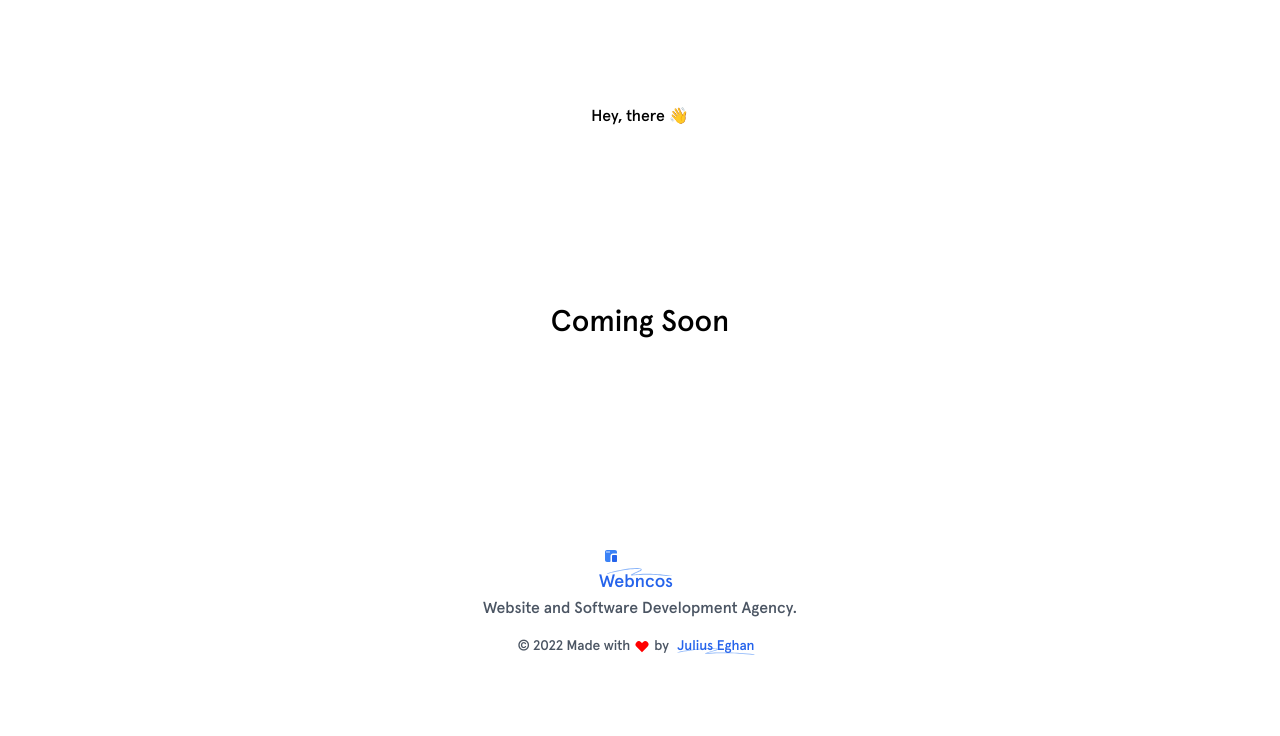
Repository: 1realjulius/webncos
Page: /
These files come from the project's save history. The page is drawn as it stood at one moment and after the next save; the edit follows.
The browser window is 1280 px wide. The pictures show the whole page.
The project was rebuilt for these pictures with package versions that can differ from the ones it lists, and the page was loaded fresh each time. The framework's server and built-in components were replaced by stand-ins that run in the browser. Also part of the build but not shown: next.config.js.

Above is the page before, as saved 2022-08-13 17:17:16.

### pages/index.tsx
import type { NextPage } from 'next'
import Head from 'next/head'
import Image from 'next/image'
import ComingSoon from '../components/ComingSoon'

const Home: NextPage = () => {
  return (
    <div className="flex min-h-screen flex-col items-center justify-center py-2 font-ApercuMedium">
      <Head>
      <title>Webncos</title>
        <meta name="description" content="Website and Software Development Agency." />
        <meta property="og:type" content="website"/>
        <meta property="og:url" content="https://www.webncos.com/"/>
        <meta property="og:title" content="Webncos — Website and Software Development Agency."/>
        <meta property="og:description" content="Website and Software Development Agency."/>
        {/* <meta property="og:image" content="/Assets/newmemoji.svg"/> */}
        {/* <meta property="twitter:card" content="/Assets/Julius_Eghan.jpg"/> */}
        <meta property="twitter:url" content="https://www.webncos.com/"/>
        <meta property="twitter:title" content="Webncos — Website and Software Development Agency."/>
        <meta property="twitter:description" content="Website and Software Development Agency."/>
        {/* <meta property="twitter:image" content="/Assets/Julius_Eghan.jpg"/> */}
        <link rel="icon" href="/favicon.ico" />
        {/* <meta name="google-site-verification" content="0HesePHVymRqGiL70HUKPIq0Zsap0uUIb_Ci0DpImRY" /> */}
        <meta name="theme-color" content="#f7f2f2"   media="(prefers-color-scheme: light)"/>
        <meta name="theme-color" content="#090c10"   media="(prefers-color-scheme: dark)"/>
      </Head>
      <ComingSoon/>

    </div>
  )
}

export default Home

### styles/globals.css
@tailwind base;
@tailwind components;
@tailwind utilities;

@layer base{
      @font-face{
        font-family: 'ApercuBold';
        src: url("/Fonts/ApercuPro-Bold.woff") format("woff"),url("/Fonts/ApercuPro-Bold.woff2") format("woff2");
      }
      @font-face{
        font-family: 'ApercuMedium';
        src: url("/Fonts/ApercuPro-Medium.woff") format("woff"),url("/Fonts/ApercuPro-Medium.woff2") format("woff2");
      }
    }

### components/ComingSoon.tsx
import Link from "next/link";
import React from "react";

const ComingSoon = () => {
  return (
    <div className="min-h-screen flex flex-col items-center justify-between md:p-8 p-6">
      <div className="flex flex-col items-center justify-center pt-16">
        <h1 className="">Hey, there 👋</h1>
      </div>
      <div className="flex flex-col items-center justify-center">
        <h1 className="text-3xl leading-none">Coming Soon</h1>
      </div>
      <div className="flex flex-col items-center justify-center mb-6">
        <div>
          <h1 className="text-lg">
            <span className="relative whitespace-nowrap text-blue-600 cursor-pointer mx-2">
              <svg
                aria-hidden="true"
                viewBox="0 0 418 42"
                className="absolute top-2/3 left-0 h-[0.48em] w-full fill-blue-500/60"
                preserveAspectRatio="none"
              >
                <path d="M203.371.916c-26.013-2.078-76.686 1.963-124.73 9.946L67.3 12.749C35.421 18.062 18.2 21.766 6.004 25.934 1.244 27.561.828 27.778.874 28.61c.07 1.214.828 1.121 9.595-1.176 9.072-2.377 17.15-3.92 39.246-7.496C123.565 7.986 157.869 4.492 195.942 5.046c7.461.108 19.25 1.696 19.17 2.582-.107 1.183-7.874 4.31-25.75 10.366-21.992 7.45-35.43 12.534-36.701 13.884-2.173 2.308-.202 4.407 4.442 4.734 2.654.187 3.263.157 15.593-.78 35.401-2.686 57.944-3.488 88.365-3.143 46.327.526 75.721 2.23 130.788 7.584 19.787 1.924 20.814 1.98 24.557 1.332l.066-.011c1.201-.203 1.53-1.825.399-2.335-2.911-1.31-4.893-1.604-22.048-3.261-57.509-5.556-87.871-7.36-132.059-7.842-23.239-.254-33.617-.116-50.627.674-11.629.54-42.371 2.494-46.696 2.967-2.359.259 8.133-3.625 26.504-9.81 23.239-7.825 27.934-10.149 28.304-14.005.417-4.348-3.529-6-16.878-7.066Z"></path>
              </svg>
              <span>
                <svg className="h-6 w-6" viewBox="0 0 24 24" fill="none">
                  <path
                    fill-rule="evenodd"
                    clip-rule="evenodd"
                    d="M8 6C6.89543 6 6 6.89543 6 8V16C6 17.1046 6.89543 18 8 18H10.5C11.0523 18 11.5 17.5523 11.5 17V12C11.5 10.6193 12.6193 9.5 14 9.5H18V8C18 6.89543 17.1046 6 16 6H8ZM7.25 8C7.25 7.58579 7.58579 7.25 8 7.25H8.01C8.42421 7.25 8.76 7.58579 8.76 8C8.76 8.41421 8.42421 8.75 8.01 8.75H8C7.58579 8.75 7.25 8.41421 7.25 8ZM10 7.25C9.58579 7.25 9.25 7.58579 9.25 8C9.25 8.41421 9.58579 8.75 10 8.75H10.01C10.4242 8.75 10.76 8.41421 10.76 8C10.76 7.58579 10.4242 7.25 10.01 7.25H10Z"
                    fill="#E879F9"
                    className="fill-blue-500  dark:fill-slate-300"
                  ></path>
                  <path
                    d="M13 12C13 11.4477 13.4477 11 14 11H17C17.5523 11 18 11.4477 18 12V17C18 17.5523 17.5523 18 17 18H14C13.4477 18 13 17.5523 13 17V12Z"
                    fill="#F0ABFC"
                    className="fill-blue-600 dark:fill-slate-400"
                  ></path>
                </svg>
              </span>
              <span className="relative">Webncos</span>
            </span>
          </h1>
        </div>
        <div>
          <p className="text-gray-600">
            Website and Software Development Agency.
          </p>
        </div>
        <div>
          <p className="flex flex-row text-sm my-4 text-gray-600">
            <span className="flex flex-row items-center">
              <span>© 2022 Made with </span>
              <span>
                <svg
                  xmlns="http://www.w3.org/2000/svg"
                  className="h-4 w-4 mx-1"
                  viewBox="0 0 20 20"
                  fill="red"
                >
                  <path
                    fill-rule="evenodd"
                    d="M3.172 5.172a4 4 0 015.656 0L10 6.343l1.172-1.171a4 4 0 115.656 5.656L10 17.657l-6.828-6.829a4 4 0 010-5.656z"
                    clip-rule="evenodd"
                  />
                </svg>
              </span>{" "}
              by
            </span>
            <Link href="https://www.iamjulius.com/">
              <span className="relative whitespace-nowrap text-blue-600 cursor-pointer mx-2">
                <svg
                  aria-hidden="true"
                  viewBox="0 0 418 42"
                  className="absolute top-2/3 left-0 h-[0.48em] w-full fill-blue-500/60"
                  preserveAspectRatio="none"
                >
                  <path d="M203.371.916c-26.013-2.078-76.686 1.963-124.73 9.946L67.3 12.749C35.421 18.062 18.2 21.766 6.004 25.934 1.244 27.561.828 27.778.874 28.61c.07 1.214.828 1.121 9.595-1.176 9.072-2.377 17.15-3.92 39.246-7.496C123.565 7.986 157.869 4.492 195.942 5.046c7.461.108 19.25 1.696 19.17 2.582-.107 1.183-7.874 4.31-25.75 10.366-21.992 7.45-35.43 12.534-36.701 13.884-2.173 2.308-.202 4.407 4.442 4.734 2.654.187 3.263.157 15.593-.78 35.401-2.686 57.944-3.488 88.365-3.143 46.327.526 75.721 2.23 130.788 7.584 19.787 1.924 20.814 1.98 24.557 1.332l.066-.011c1.201-.203 1.53-1.825.399-2.335-2.911-1.31-4.893-1.604-22.048-3.261-57.509-5.556-87.871-7.36-132.059-7.842-23.239-.254-33.617-.116-50.627.674-11.629.54-42.371 2.494-46.696 2.967-2.359.259 8.133-3.625 26.504-9.81 23.239-7.825 27.934-10.149 28.304-14.005.417-4.348-3.529-6-16.878-7.066Z"></path>
                </svg>
                <span className="relative">Julius Eghan</span>
              </span>
            </Link>
          </p>
        </div>
      </div>
    </div>
  );
};

export default ComingSoon;

### tailwind.config.js
/** @type {import('tailwindcss').Config} */
module.exports = {
  content: [
    './pages/**/*.{js,ts,jsx,tsx}',
    './components/**/*.{js,ts,jsx,tsx}',
  ],
  theme: {
    extend: {
      fontFamily: {
        ApercuBold: 'ApercuBold, sans',
        ApercuMedium: 'ApercuMedium, sans',
      },
    },
  },
  plugins: [],
}

Loaded but not shown: pages/_app.tsx (common file)

After the next save:
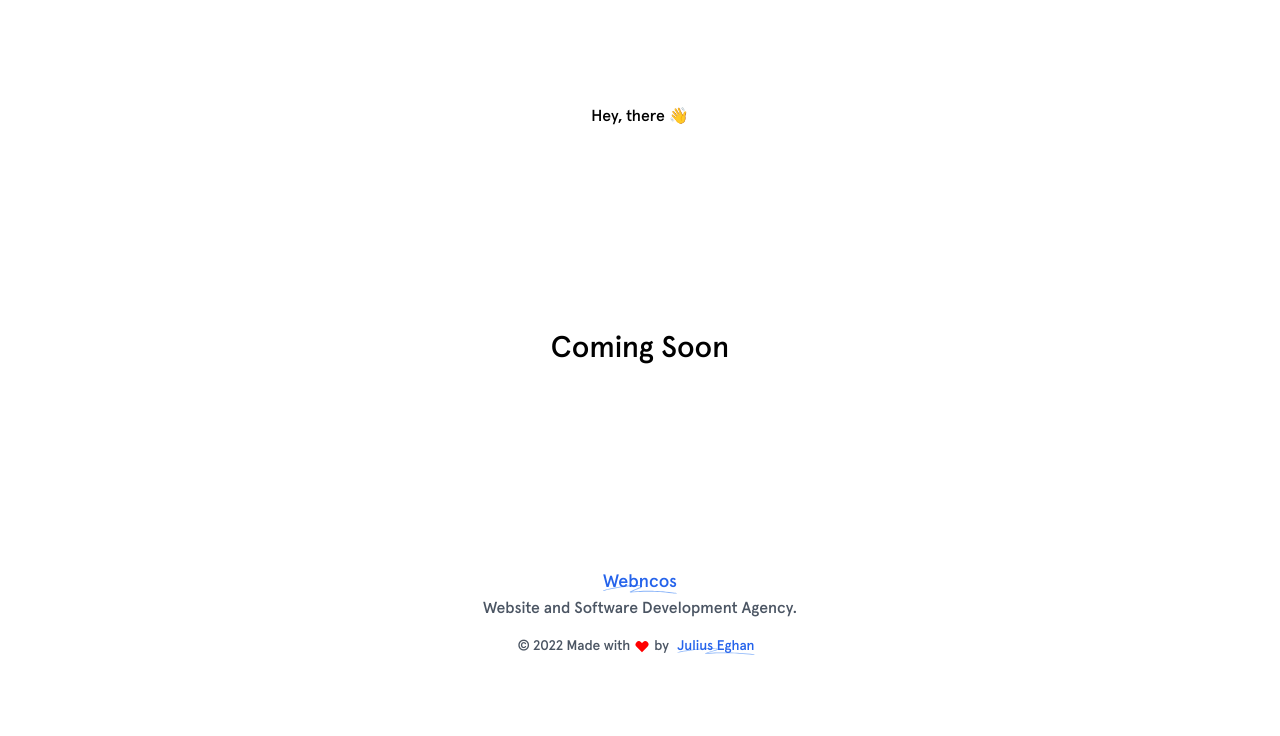
Saved 43 s later.
--- a/components/ComingSoon.tsx
+++ b/components/ComingSoon.tsx
@@ -22,22 +22,6 @@ const ComingSoon = () => {
               >
                 <path d="M203.371.916c-26.013-2.078-76.686 1.963-124.73 9.946L67.3 12.749C35.421 18.062 18.2 21.766 6.004 25.934 1.244 27.561.828 27.778.874 28.61c.07 1.214.828 1.121 9.595-1.176 9.072-2.377 17.15-3.92 39.246-7.496C123.565 7.986 157.869 4.492 195.942 5.046c7.461.108 19.25 1.696 19.17 2.582-.107 1.183-7.874 4.31-25.75 10.366-21.992 7.45-35.43 12.534-36.701 13.884-2.173 2.308-.202 4.407 4.442 4.734 2.654.187 3.263.157 15.593-.78 35.401-2.686 57.944-3.488 88.365-3.143 46.327.526 75.721 2.23 130.788 7.584 19.787 1.924 20.814 1.98 24.557 1.332l.066-.011c1.201-.203 1.53-1.825.399-2.335-2.911-1.31-4.893-1.604-22.048-3.261-57.509-5.556-87.871-7.36-132.059-7.842-23.239-.254-33.617-.116-50.627.674-11.629.54-42.371 2.494-46.696 2.967-2.359.259 8.133-3.625 26.504-9.81 23.239-7.825 27.934-10.149 28.304-14.005.417-4.348-3.529-6-16.878-7.066Z"></path>
               </svg>
-              <span>
-                <svg className="h-6 w-6" viewBox="0 0 24 24" fill="none">
-                  <path
-                    fill-rule="evenodd"
-                    clip-rule="evenodd"
-                    d="M8 6C6.89543 6 6 6.89543 6 8V16C6 17.1046 6.89543 18 8 18H10.5C11.0523 18 11.5 17.5523 11.5 17V12C11.5 10.6193 12.6193 9.5 14 9.5H18V8C18 6.89543 17.1046 6 16 6H8ZM7.25 8C7.25 7.58579 7.58579 7.25 8 7.25H8.01C8.42421 7.25 8.76 7.58579 8.76 8C8.76 8.41421 8.42421 8.75 8.01 8.75H8C7.58579 8.75 7.25 8.41421 7.25 8ZM10 7.25C9.58579 7.25 9.25 7.58579 9.25 8C9.25 8.41421 9.58579 8.75 10 8.75H10.01C10.4242 8.75 10.76 8.41421 10.76 8C10.76 7.58579 10.4242 7.25 10.01 7.25H10Z"
-                    fill="#E879F9"
-                    className="fill-blue-500  dark:fill-slate-300"
-                  ></path>
-                  <path
-                    d="M13 12C13 11.4477 13.4477 11 14 11H17C17.5523 11 18 11.4477 18 12V17C18 17.5523 17.5523 18 17 18H14C13.4477 18 13 17.5523 13 17V12Z"
-                    fill="#F0ABFC"
-                    className="fill-blue-600 dark:fill-slate-400"
-                  ></path>
-                </svg>
-              </span>
               <span className="relative">Webncos</span>
             </span>
           </h1>
